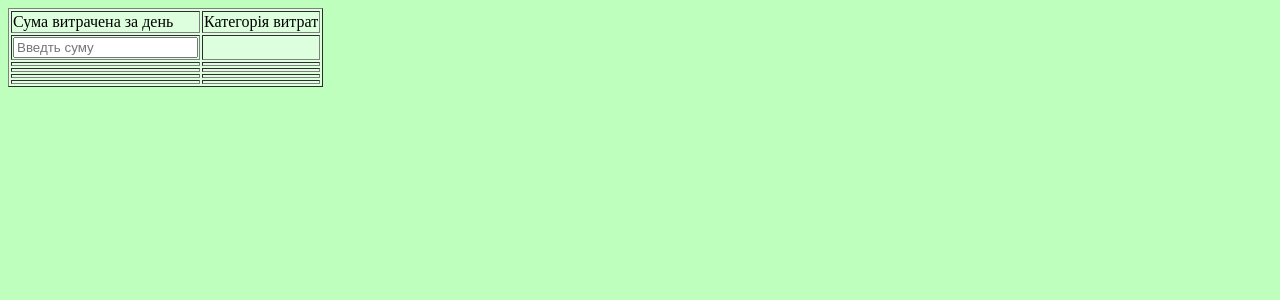
Repository: alexandrastarovoyda-star/Planer2
Page: index.html
An editor plug-in stored every save of this project. The page is shown before and after the next save, followed by the edit.
The browser window is 1280 px wide. The pictures show the whole page.

Above is the page before, as saved 2026-03-23 14:01:46.

### index.html
<!DOCTYPE html>
<html lang="uk">
    <head>
            <title>Планер бюджету</title>
            <link rel="stylesheet" href="css/all.css">
            <link rel="stylesheet" href="css/index.css">
    </head>
    <body>
        <table border="1px" class="table_calculator" id="day_spend_table">
            <tr>
                <td>Сума витрачена за день</td><td>Категорія витрат</td>
            </tr>
            <tr>
                <td><input type="number" placeholder="Введть суму"></td><td></td>
            </tr>
            <tr>
                <td></td><td></td>
            </tr>
            <tr>
                <td></td><td></td>
            </tr>
            <tr>
                <td></td><td></td>
            </tr>
            <tr>
                <td></td><td></td>
            </tr>
        </table>
    </body>
</html>

### css/all.css
body{
    background: rgba(172, 255, 172, 0.781);
}

### css/index.css
#day_spend_table{
    background: rgba(255, 255, 255, 0.466);
}

After the next save:
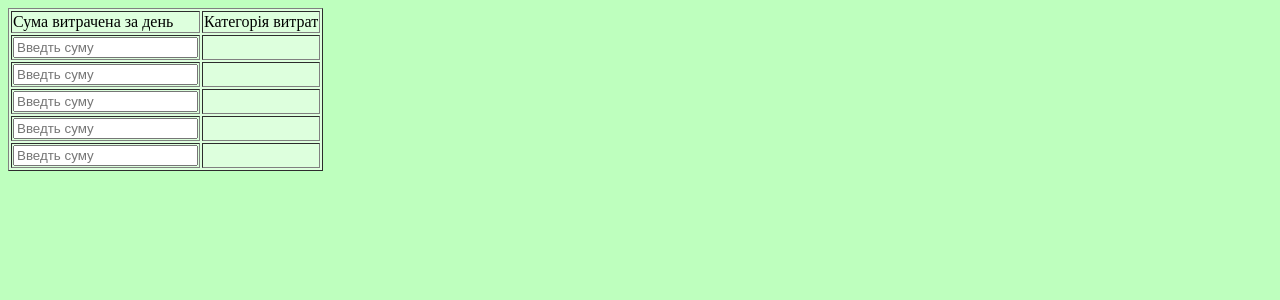
Saved 37 s later.
--- a/index.html
+++ b/index.html
@@ -14,16 +14,16 @@
                 <td><input type="number" placeholder="Введть суму"></td><td></td>
             </tr>
             <tr>
-                <td></td><td></td>
+                <td><input type="number" placeholder="Введть суму"></td><td></td>
             </tr>
             <tr>
-                <td></td><td></td>
+                <td><input type="number" placeholder="Введть суму"></td><td></td>
             </tr>
             <tr>
-                <td></td><td></td>
+                <td><input type="number" placeholder="Введть суму"></td><td></td>
             </tr>
             <tr>
-                <td></td><td></td>
+                <td><input type="number" placeholder="Введть суму"></td><td></td>
             </tr>
         </table>
     </body>
